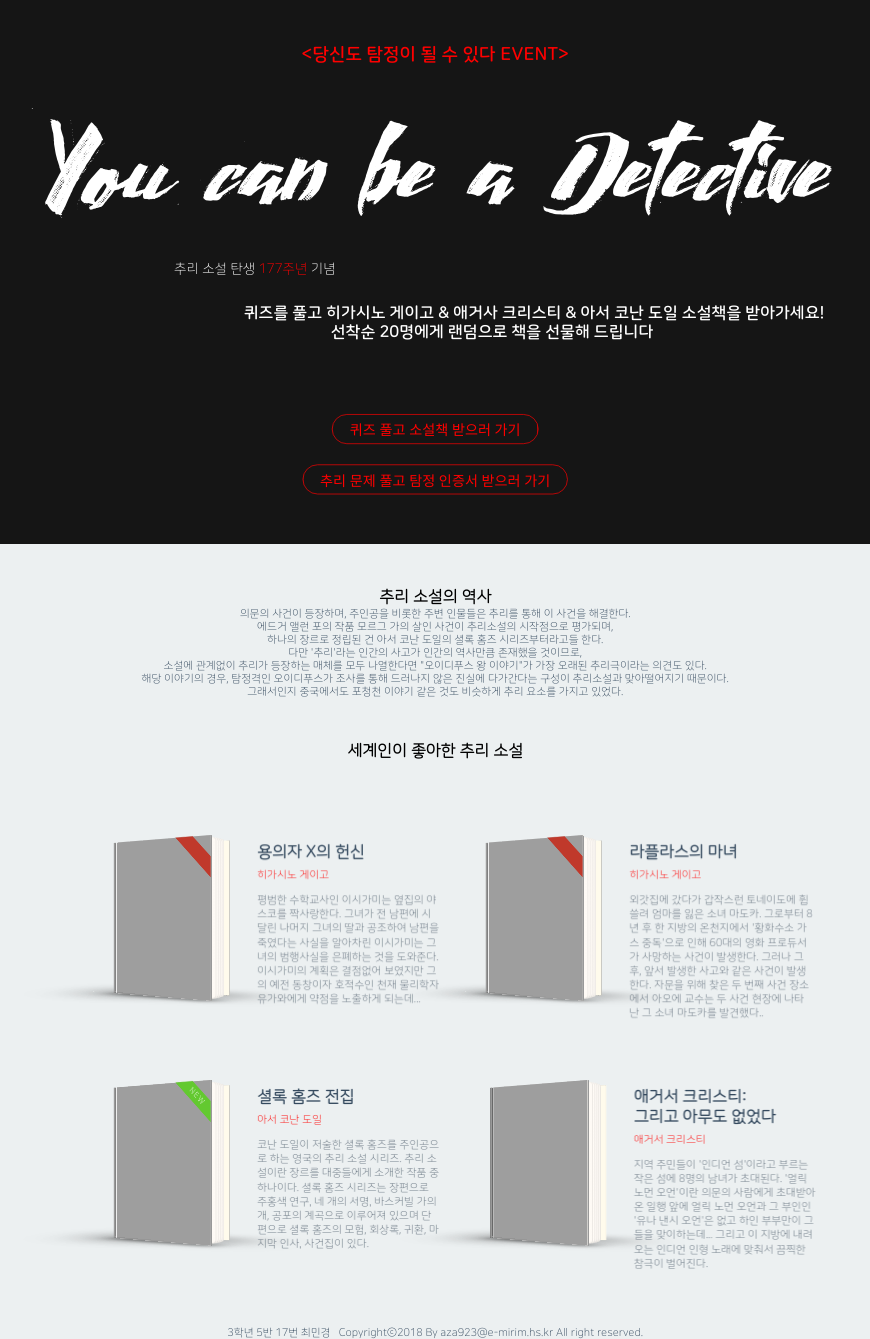
Repository: minkyung0421/Event_Project
Page: http://localhost/Event/main.jsp
These files come from the project's save history. The page is drawn as it stood at one moment and after the next save; the edit follows.
The browser window is 1280 px wide. The pictures show the whole page, at 68% of full size.
Pictures or frames that could not be fetched are drawn as grey boxes. The page is served by Tomcat 9.

Above is the page before, as saved 2018-09-04 19:24:54.
Not found: Event_Project/Event/Event/compass/css3

### Event_Project/Event/WebContent/main.jsp
<%@ page language="java" contentType="text/html; charset=EUC-KR"
    pageEncoding="EUC-KR"%>
<!DOCTYPE html PUBLIC "-//W3C//DTD HTML 4.01 Transitional//EN" "http://www.w3.org/TR/html4/loose.dtd">
<html>
<head>
<meta http-equiv="Content-Type" content="text/html; charset=EUC-KR">
<title>EVENT</title>
<link rel="stylesheet" href="css.css">
<style>
@font-face{
	font-family: 'Calligraphy Personal Use'; src:url('font/Calligraphy Personal Use.ttf');
}
@font-face{font-family:'NANUMSQUAREROUNDL'; src:url('font/NANUMSQUAREROUNDL.TTF')}
@font-face{font-family:'NANUMSQUAREROUNDB'; src:url('font/NANUMSQUAREROUNDB.TTF')}

body{
	margin:0px;
	padding:0px;
	font-family:'NANUMSQUAREROUNDL';
}
</style>
</head>
<body>
<div style = "background-color: #151515; width: 100%; height: 800px; padding-top:5%;">
	<div style = "font-size: 20pt; color:red; text-align: center;"><font style = "font-family: NANUMSQUAREROUNDB"><당신도 탐정이 될 수 있다 EVENT></font></div>
	<div style = "color:white; text-align: center;"><font style="font-family: Calligraphy Personal Use; font-size: 15em;">You can be a Detective</font></div>
		<div style = "font-size: 15pt; color:white; margin-left:20%"><font style = "font-family: NANUMSQUAREROUNDL">추리 소설 탄생 <font color="red">177주년</font> 기념</font></div>
		<br><br>
	<div style = "font-size:18pt; color:white;  margin-left:28%; font-family:NANUMSQUAREROUNDB ">퀴즈를 풀고 히가시노 게이고 & 애거사 크리스티 & 아서 코난 도일 소설책을 받아가세요!</div>
	<div style = "font-size:18pt; color:white;  margin-left:38%; font-family:NANUMSQUAREROUNDB ">선착순 20명에게 랜덤으로 책을 선물해 드립니다</div>
	<div class="buttonContainer">
 <a class="button" onclick="showPopup();" title="quiz">퀴즈 풀고 소설책 받으러 가기</a><br><br>
  <a class="button" onclick="showPopup2();" title="Appointment">추리 문제 풀고 탐정 인증서 받으러 가기</a>
</div>
</div>

<div style = "text-align: center; margin-top:5%; color:black; font-weight: 900"><h2>추리 소설의 역사 </h2></div>
<center><div>
의문의 사건이 등장하며, 주인공을 비롯한 주변 인물들은 추리를 통해 이 사건을 해결한다.<br>
에드거 앨런 포의 작품 모르그 가의 살인 사건이 추리소설의 시작점으로 평가되며, <br>
하나의 장르로 정립된 건 아서 코난 도일의 셜록 홈즈 시리즈부터라고들 한다. <br>
다만 '추리'라는 인간의 사고가 인간의 역사만큼 존재했을 것이므로, <br>
소설에 관계없이 추리가 등장하는 매체를 모두 나열한다면 "오이디푸스 왕 이야기"가 가장 오래된 추리극이라는 의견도 있다. <br>
해당 이야기의 경우, 탐정격인 오이디푸스가 조사를 통해 드러나지 않은 진실에 다가간다는 구성이 추리소설과 맞아떨어지기 때문이다. <br>
그래서인지 중국에서도 포청천 이야기 같은 것도 비슷하게 추리 요소를 가지고 있었다.<br>
</div>
</center>


<div style = "text-align: center; margin-top:5%; color:black; font-weight: 900"><h2>세계인이 좋아한 추리 소설 </h2></div>


<!-- 여기서부터 책 정보 -->
<div class="component">
  <ul class="align">
    <!-- Book 1 -->
    <li style = "margin-left:2%">
      <figure class='book'>
        <!-- Front -->
        <ul class='hardcover_front'>
          <li>
            <img src="http://mblogthumb1.phinf.naver.net/MjAxODAzMTlfMTk5/MDAxNTIxNDQ3NzQ3NjM2.WZShtX_uO_6JNCjy4xDTl9yvU6wH8278slTFLA-zaUcg.0Mm19c-3gQU2v65n9_Ye-rjnCH5XyFbuNSzHMRZffIwg.JPEG.hla9865/1452422-flyjoy77.jpg?type=w800" alt="" width="100%" height="100%">
            <span class="ribbon bestseller"></span>
          </li>
          <li></li>
        </ul>
        <!-- Pages -->
        <ul class='page'>
          <li></li>
          <li>
            <a class="btn" href="https://namu.wiki/w/%EC%9A%A9%EC%9D%98%EC%9E%90%20X%EC%9D%98%20%ED%97%8C%EC%8B%A0">DETAIL</a>
          </li>
          <li></li>
          <li></li>
          <li></li>
        </ul>
        <!-- Back -->
        <ul class='hardcover_back'>
          <li></li>
          <li></li>
        </ul>
        <ul class='book_spine'>
          <li></li>
          <li></li>
        </ul>
        <figcaption>
          <h2>용의자 X의 헌신</h2>
          <span style = "color:red">히가시노 게이고</span>
          <p>평범한 수학교사인 이시가미는 옆집의 야스코를 짝사랑한다. 그녀가 전 남편에 시달린 나머지 그녀의 딸과 공조하여 남편을 죽였다는 사실을 알아차린 이시가미는 그녀의 범행사실을 은폐하는 것을 도와준다. 이시가미의 계획은 결점없어 보였지만 그의 예전 동창이자 호적수인 천재 물리학자 유가와에게 약점을 노출하게 되는데...</p>
        </figcaption>
      </figure>
    </li>

     <li style = "margin-left:2%">
      <figure class='book'>
        <!-- Front -->
        <ul class='hardcover_front'>
          <li>
            <img src="https://t1.daumcdn.net/thumb/R1280x0/?fname=http://t1.daumcdn.net/brunch/service/user/7ur/image/jF5nkBVAa_RBbcVq0lpbcK3Nfvc.jpg" alt="" width="100%" height="100%">
            <span class="ribbon bestseller"></span>
          </li>
          <li></li>
        </ul>
        <!-- Pages -->
        <ul class='page'>
          <li></li>
          <li>
            <a class="btn" href="https://ko.wikipedia.org/wiki/%EB%9D%BC%ED%94%8C%EB%9D%BC%EC%8A%A4%EC%9D%98_%EB%A7%88%EB%85%80">DETAIL</a>
          </li>
          <li></li>
          <li></li>
          <li></li>
        </ul>
        <!-- Back -->
        <ul class='hardcover_back'>
          <li></li>
          <li></li>
        </ul>
        <ul class='book_spine'>
          <li></li>
          <li></li>
        </ul>
        <figcaption>
          <h2>라플라스의 마녀</p></h2>
          <span style = "color:red">히가시노 게이고</span>
          <p>외갓집에 갔다가 갑작스런 토네이도에 휩쓸려 엄마를 잃은 소녀 마도카. 그로부터 8년 후 한 지방의 온천지에서 '황화수소 가스 중독'으로 인해 60대의 영화 프로듀서가 사망하는 사건이 발생한다. 그러나 그 후, 앞서 발생한 사고와 같은 사건이 발생한다. 자문을 위해 찾은 두 번째 사건 장소에서 아오에  교수는  두 사건 현장에 나타난 그 소녀 마도카를 발견했다..</p>
        </figcaption>
      </figure>
    </li>

    <!-- Book 2 -->
    <li>
      <figure class='book'>
        <!-- Front -->
        <ul class='hardcover_front'>
          <li>
            <img src="https://misc.ridibooks.com/cover/1153000080/xxlarge" alt="" width="100%" height="100%">
            <span class="ribbon new">NEW</span>
          </li>
          <li></li>
        </ul>
        <!-- Pages -->
        <ul class='page'>
          <li></li>
          <li>
             <a class="btn" href="https://namu.wiki/w/%EC%85%9C%EB%A1%9D%20%ED%99%88%EC%A6%88%20%EC%8B%9C%EB%A6%AC%EC%A6%88">DETAIL</a>
          </li>
          <li></li>
          <li></li>
          <li></li>
        </ul>
        <!-- Back -->
        <ul class='hardcover_back'>
          <li></li>
          <li></li>
        </ul>
        <ul class='book_spine'>
          <li></li>
          <li></li>
        </ul>
        <figcaption>
          <h2>셜록 홈즈 전집</h2>
          <span style = "color:red">아서 코난 도일</span>
          <p>코난 도일이 저술한 셜록 홈즈를 주인공으로 하는 영국의 추리 소설 시리즈. 추리 소설이란 장르를 대중들에게 소개한 작품 중 하나이다. 셜록 홈즈 시리즈는 장편으로 주홍색 연구, 네 개의 서명, 바스커빌 가의 개, 공포의 계곡으로 이루어져 있으며 단편으로 셜록 홈즈의 모험, 회상록, 귀환,  마지막 인사, 사건집이 있다.</p>
        </figcaption>
      </figure>
    </li>
    <!-- Book 3 -->
    <li>
      <figure class='book'>
        <!-- Front -->
        <ul class='hardcover_front'>
          <li>
            <img src="https://misc.ridibooks.com/cover/682000192/xxlarge" alt="" width="100%" height="100%">
          </li>
          <li></li>
        </ul>
        <!-- Pages -->
        <ul class='page'>
          <li></li>
          <li>
            <a class="btn" href="https://namu.wiki/w/%EA%B7%B8%EB%A6%AC%EA%B3%A0%20%EC%95%84%EB%AC%B4%EB%8F%84%20%EC%97%86%EC%97%88%EB%8B%A4">DETAIL</a>
          </li>
          <li></li>
          <li></li>
          <li></li>
        </ul>
        <!-- Back -->
        <ul class='hardcover_back'>
          <li></li>
          <li></li>
        </ul>
        <ul class='book_spine'>
          <li></li>
          <li></li>
        </ul>
        <figcaption>
          <h2>애거서 크리스티:<br>그리고 아무도 없었다</h2>
          <span style = "color:red">애거서 크리스티</span>
          <p>지역 주민들이 '인디언 섬'이라고 부르는 작은 섬에 8명의 남녀가 초대된다. '얼릭 노먼 오언'이란 의문의 사람에게 초대받아 온 일행 앞에 얼릭 노먼 오언과 그 부인인 '유나 낸시 오언'은 없고 하인 부부만이 그들을 맞이하는데... 그리고 이 지방에 내려오는 인디언 인형 노래에 맞춰서 끔찍한 참극이 벌어진다. </p>
        </figcaption>
      </figure>
    </li>
  </ul>
</div>


<div>


</div>


<center>
<div style = "margin-bottom: 3%;">
	3학년 5반 17번 최민경 &nbsp;
	Copyrightⓒ2018 By aza923@e-mirim.hs.kr All right reserved.
</div>
</center>

</body>
 <script language="javascript">
  function showPopup() { window.open("quiz.jsp", "a", "width=750px, height=850px, left=100, top=50"); }
  function showPopup2() { window.open("letter.jsp", "a", "width=750px, height=850px, left=100, top=50"); }
  </script>
</html>

Loaded but not shown: Event_Project/Event/WebContent/css.css (772 lines, source omitted)

After the next save:
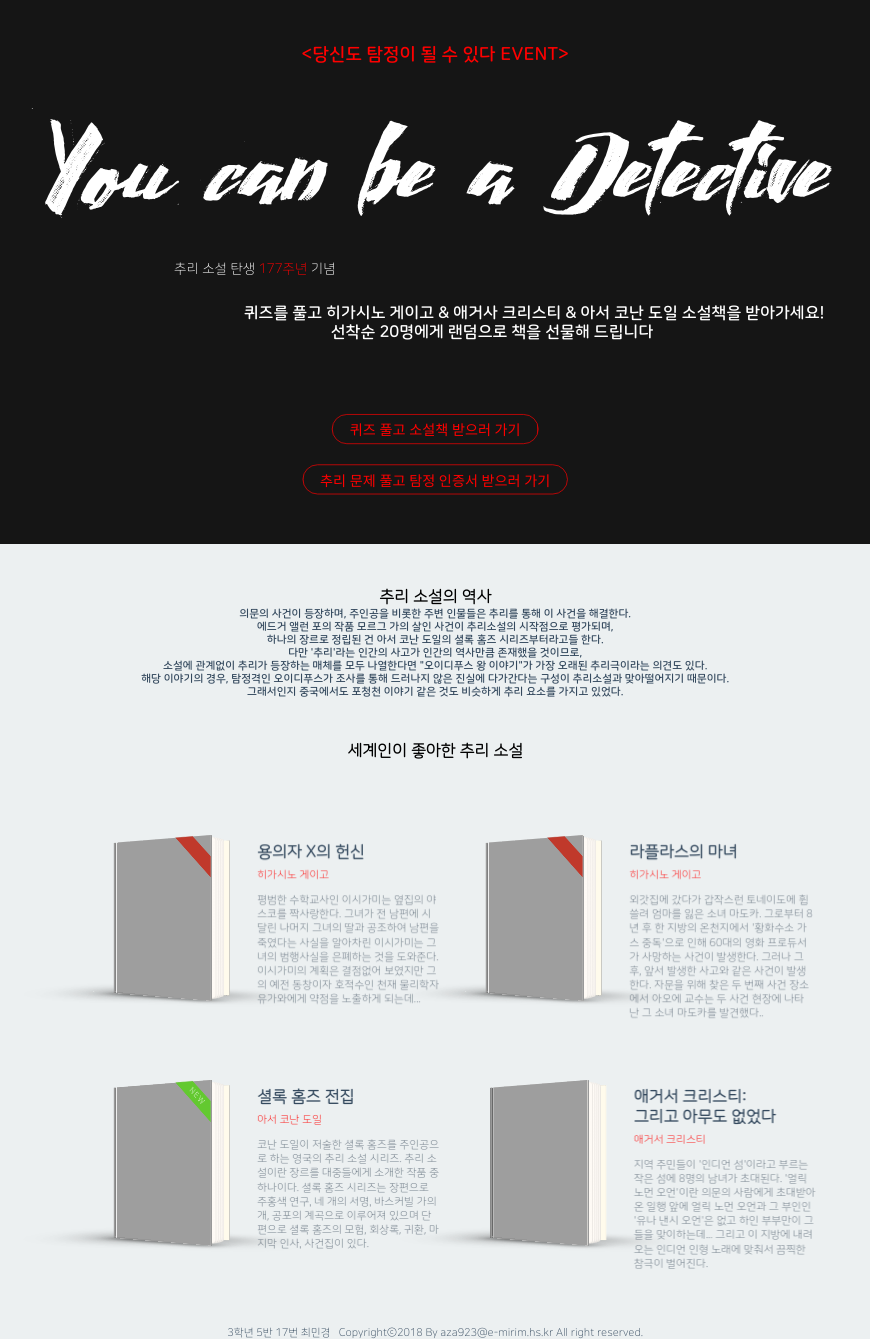
Saved 12 s later.
--- a/Event_Project/Event/WebContent/main.jsp
+++ b/Event_Project/Event/WebContent/main.jsp
@@ -35,7 +35,7 @@
 </div>
 
 <div style = "text-align: center; margin-top:5%; color:black; font-weight: 900"><h2>추리 소설의 역사 </h2></div>
-<center><div>
+<center><div style = "font-family: NANUMSQUAREROUNDB">
 의문의 사건이 등장하며, 주인공을 비롯한 주변 인물들은 추리를 통해 이 사건을 해결한다.<br>
 에드거 앨런 포의 작품 모르그 가의 살인 사건이 추리소설의 시작점으로 평가되며, <br>
 하나의 장르로 정립된 건 아서 코난 도일의 셜록 홈즈 시리즈부터라고들 한다. <br>
